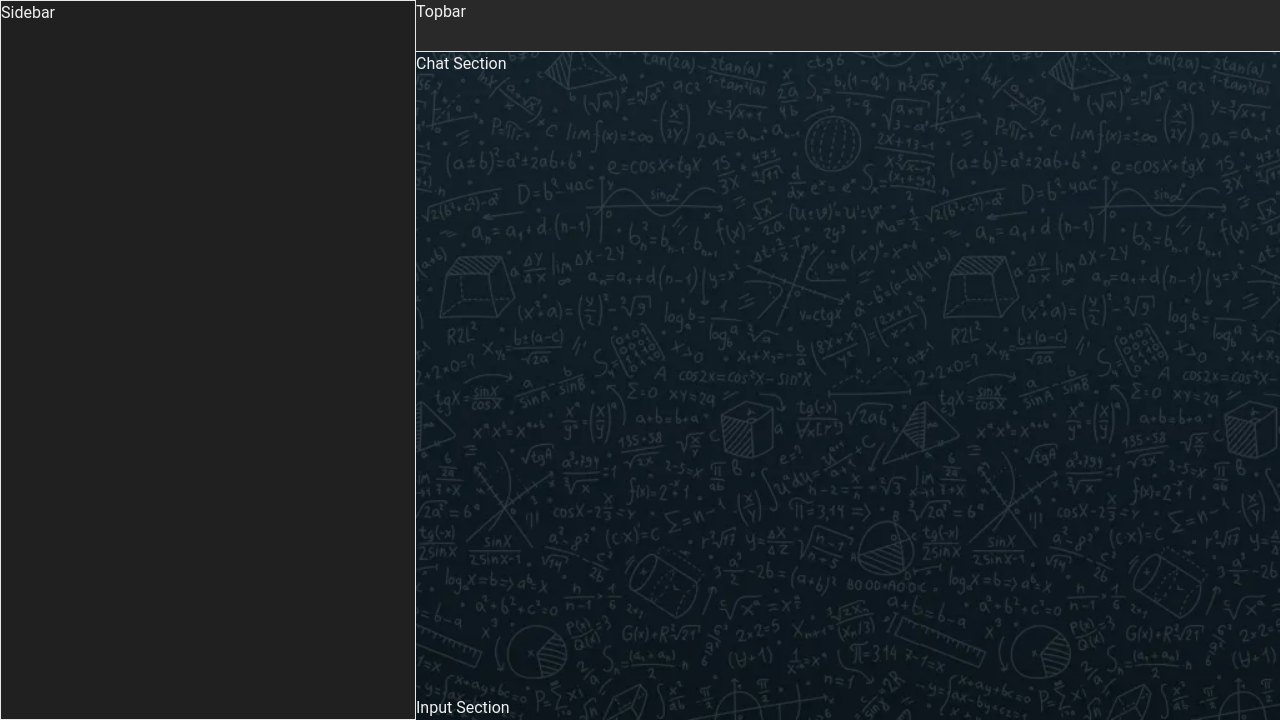
Repository: Qu4ntumGuy/telegram-clone
Page: /
An editor plug-in stored every save of this project. The page is shown before and after the next save, followed by the edit.
The browser window is 1280 px wide. The pictures show the whole page.
The project was rebuilt for these pictures with package versions that can differ from the ones it lists, and the page was loaded fresh each time. Also part of the build but not shown: src/Utils/ContextProvider.js.

Above is the page before, as saved 2024-07-15 11:41:09.

After the next save:
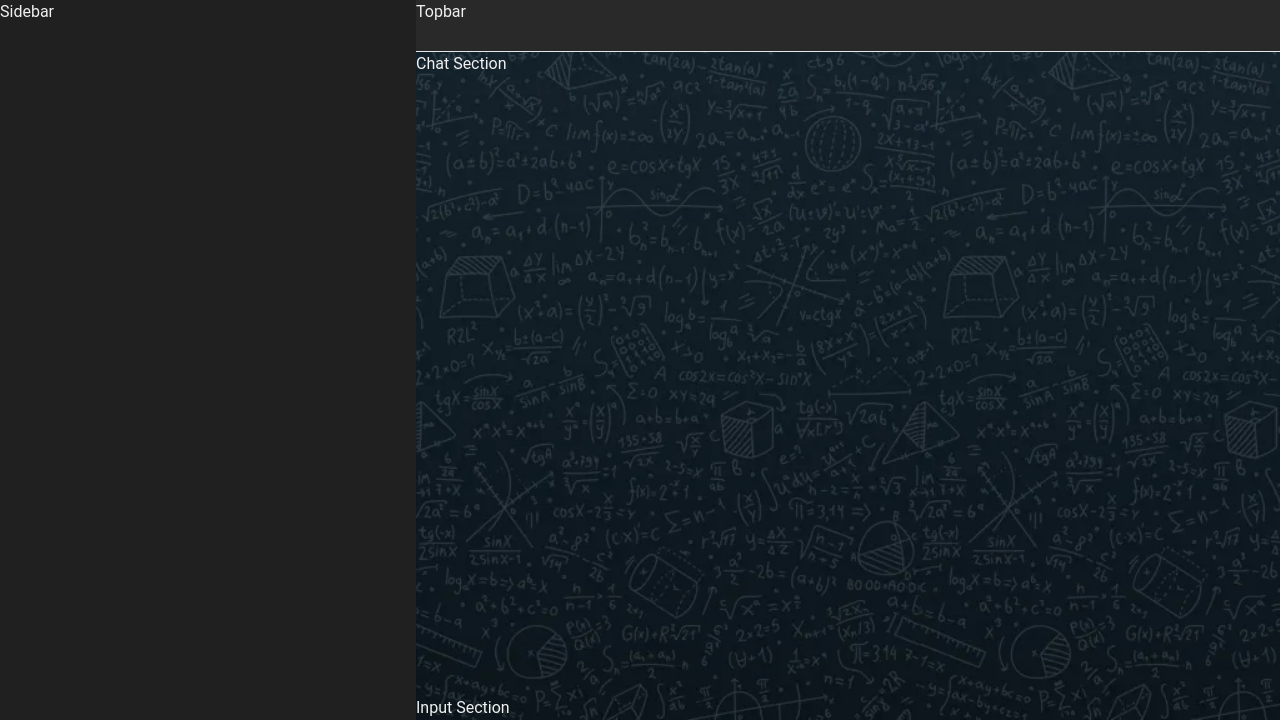
Saved 5 s later.
--- a/src/Components/Sidebar.js
+++ b/src/Components/Sidebar.js
@@ -3,9 +3,7 @@ import { useComponentContext } from "../Utils/ContextProvider";
 
 function Sidebar() {
   const context = useComponentContext();
-  return (
-    <div className="min-w-[26rem] border bg-[#202020] h-screen">Sidebar</div>
-  );
+  return <div className="min-w-[26rem] bg-[#202020] h-screen">Sidebar</div>;
 }
 
 export default Sidebar;
